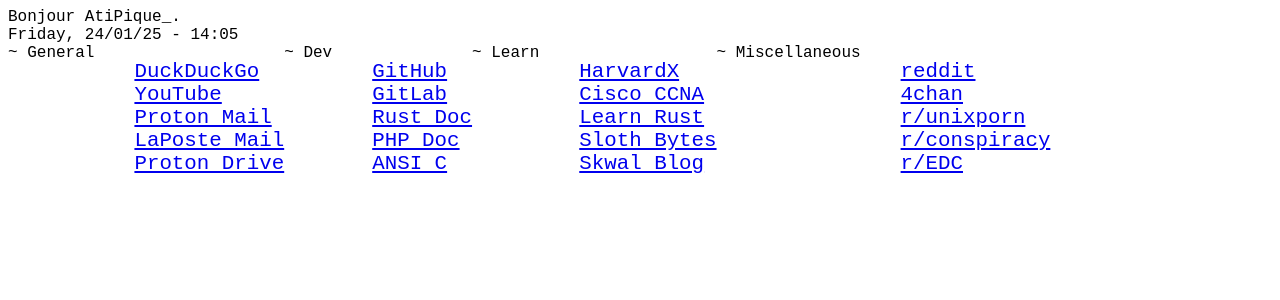
Repository: AtiPiquee/HyprDots
Page: Dev/mystartpage/index.html
The author's editor kept a copy of each file at every save. The page is drawn from the files as they stood at one save, then again after the next save.
The browser window is 1280 px wide. The pictures show the whole page.
Some web fonts or font styles are not loaded; a fallback is used.

Above is the page before, as saved 2025-02-14 04:13:11.

After the next save:
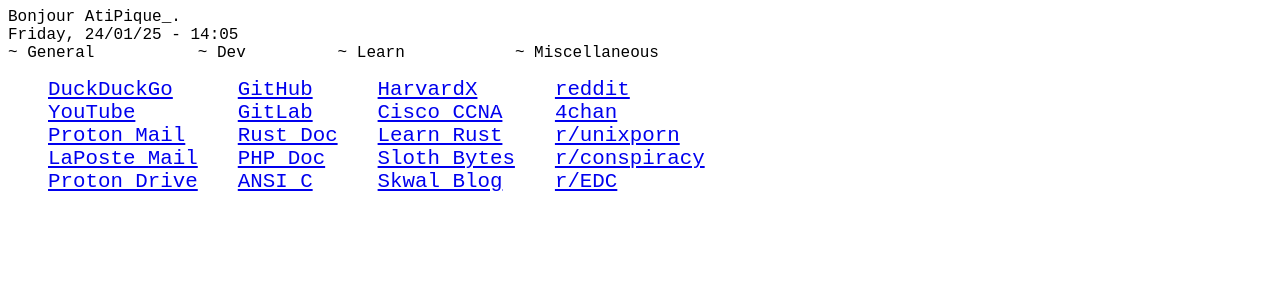
Saved 43 s later.
--- a/Dev/mystartpage/assets/css/style.css
+++ b/Dev/mystartpage/assets/css/style.css
@@ -23,14 +23,41 @@
     align-content: normal;
 }
 
-.url {
-    display: flex;
-    flex-direction: row;
-    flex-wrap: nowrap;
-    justify-content: normal;
-    align-items: normal;
-    align-content: normal;
-}
+.url:nth-child(1) {
+    display: block;
+    flex-grow: 0;
+    flex-shrink: 1;
+    flex-basis: auto;
+    align-self: auto;
+    order: 0;
+  }
+
+  .url:nth-child(2) {
+    display: block;
+    flex-grow: 0;
+    flex-shrink: 1;
+    flex-basis: auto;
+    align-self: auto;
+    order: 0;
+  }
+
+  .url:nth-child(3) {
+    display: block;
+    flex-grow: 0;
+    flex-shrink: 1;
+    flex-basis: auto;
+    align-self: auto;
+    order: 0;
+  }
+
+  .url:nth-child(4) {
+    display: block;
+    flex-grow: 0;
+    flex-shrink: 1;
+    flex-basis: auto;
+    align-self: auto;
+    order: 0;
+  }
 
 .url li {
     list-style-type: none;
